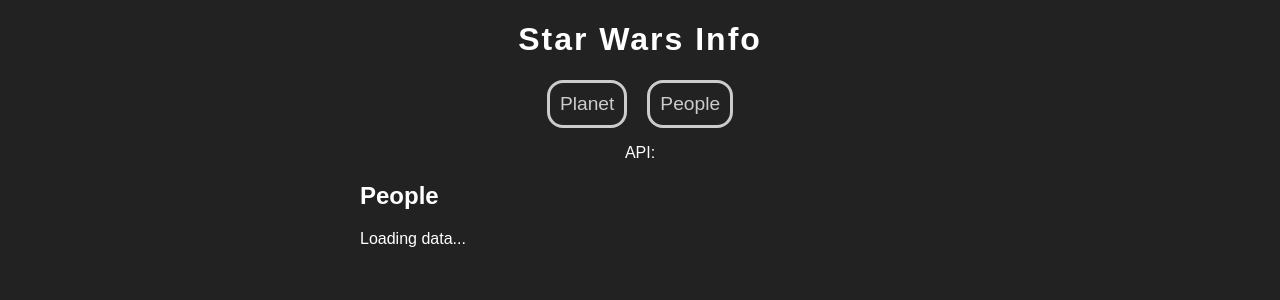
Repository: mireu-san/jikan-react-query
Page: /
These files come from the project's save history. The page is drawn as it stood at one moment and after the next save; the edit follows.
The browser window is 1280 px wide. The pictures show the whole page.
The page's requests for data from a server got no answer. The project was rebuilt for these pictures with package versions that can differ from the ones it lists, and the page was loaded fresh each time. No one was signed in, and anything a server would have sent is missing. Also part of the build but not shown: src/components/Planet.js, src/components/Planets.js, src/components/Person.js.

Above is the page before, as saved 2022-11-29 21:09:42.

After the next save:
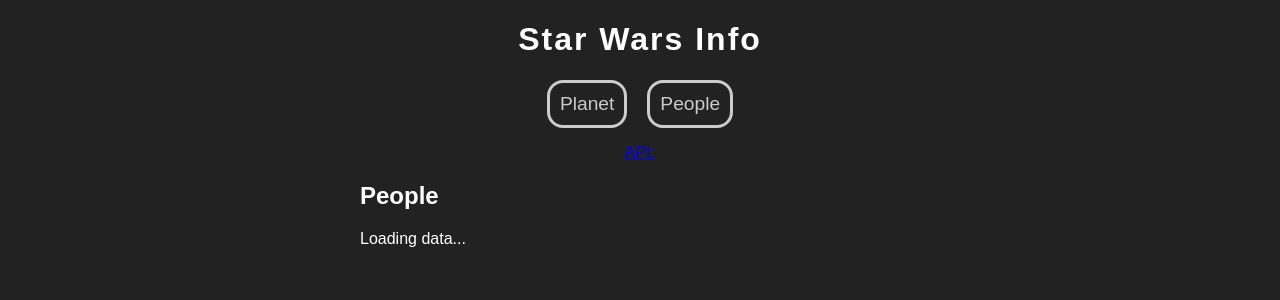
Saved 14 s later.
--- a/src/App.js
+++ b/src/App.js
@@ -12,7 +12,7 @@
       <h1>Star Wars Info</h1>
       <Navbar setPage={setPage} />
       <span>
-        API: <a href="http://swapi.dev/api/people/"> </a>
+        <a href="http://swapi.dev/api/people/"> API: </a>
       </span>
       <div className="content">
         {page === "planets" ? <Planets /> : <People />}
